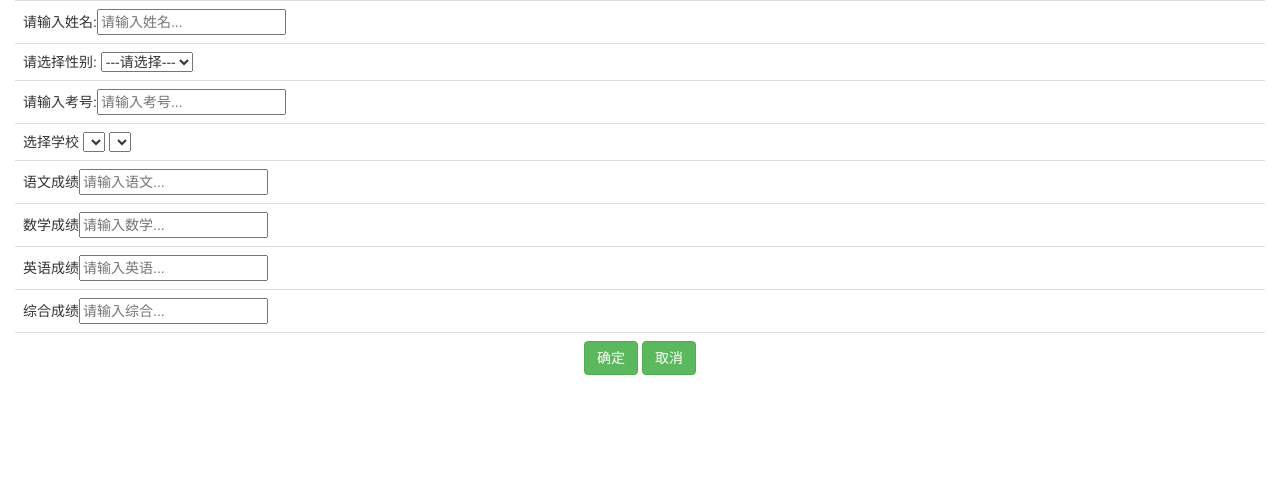
Repository: HelloChuang/HelloChuang-EclipseWorkSpace
Page: http://localhost/SpringMVCFight/stu_add.jsp
These files come from the project's save history. The page is drawn as it stood at one moment and after the next save; the edit follows.
The browser window is 1280 px wide. The pictures show the whole page.
The page is served by Tomcat 9. Nobody is signed in. The application's start-up code is not run.

Above is the page before, as saved 2018-11-05 12:00:09.

After the next save:
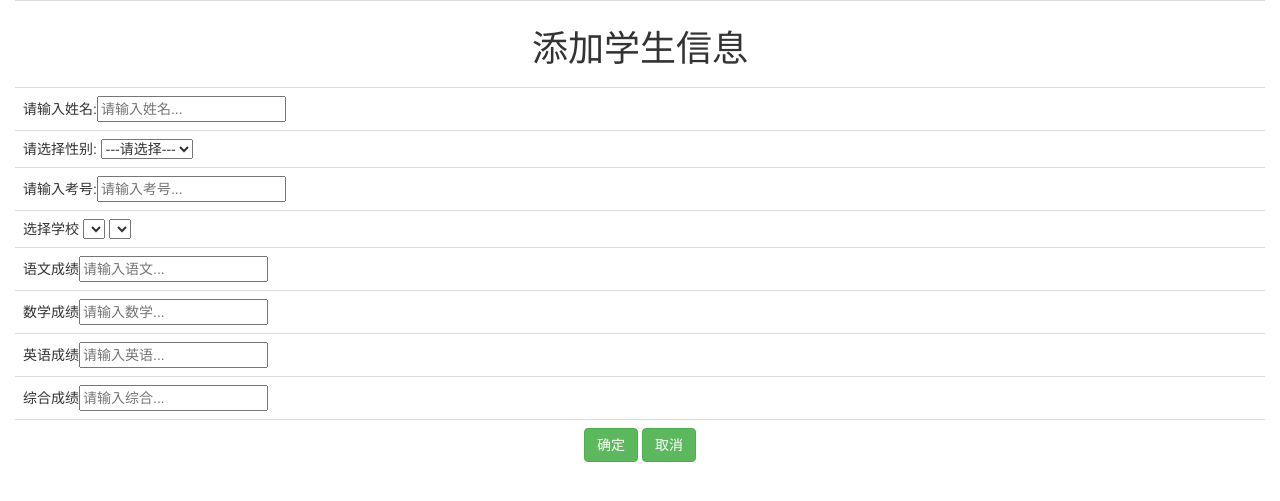
Saved 57 s later.
--- a/EclipseWorkSpace/SpringMVCFight/src/main/webapp/stu_add.jsp
+++ b/EclipseWorkSpace/SpringMVCFight/src/main/webapp/stu_add.jsp
@@ -17,6 +17,7 @@
 <body>
 	<form action="stuAdd" method="post" class="col-xs-12">
 		<table class="table table-hover">
+		<tr align="center" ><td><h1>添加学生信息</h1></td></tr>
 				<tr class="sucess"><td>请输入姓名:<input type="text" name="sname" required placeholder="请输入姓名..."/></td></tr>
 
 				<tr class="sucess"><td>请选择性别:
